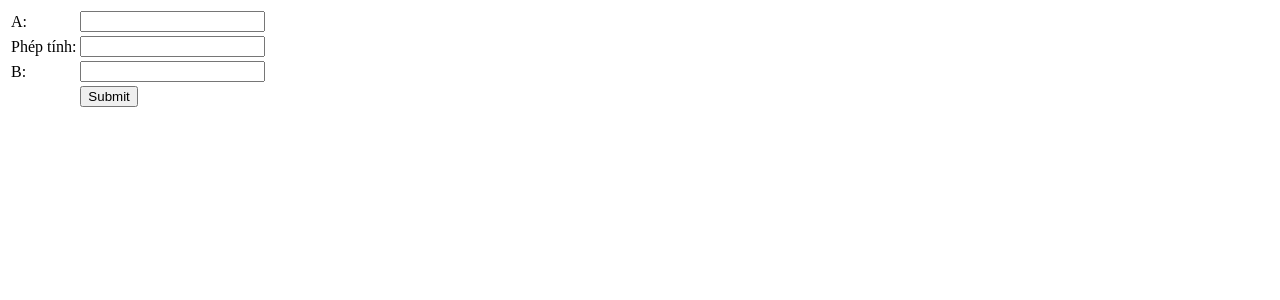
Repository: nguyenhung50497/MD3_tongQuanVeUngDungWeb
Page: BT_xayDungUngDungMayTinh/views/calculator.html
An editor plug-in stored every save of this project. The page is shown before and after a run of saves, followed by the edit.
The browser window is 1280 px wide. The pictures show the whole page.

Above is the page before, as saved 2022-12-14 11:09:14.

### BT_xayDungUngDungMayTinh/views/calculator.html
<!DOCTYPE html>
<html lang="en">
<head>
    <meta charset="UTF-8">
    <meta http-equiv="X-UA-Compatible" content="IE=edge">
    <meta name="viewport" content="width=device-width, initial-scale=1.0">
    <title>Document</title>
</head>
<body>
    <form action="" method="post">
        <table>
            <tr>
                <td>A:</td>
                <td><input type="number" name="a" required></td>
            </tr>
            <tr>
                <td>Phép tính:</td>
                <td><input type="text" name="cal" required></td>
            </tr>
            <tr>
                <td>B:</td>
                <td><input type="number" name="b" required></td>
            </tr>
            <tr>
                <td></td>
                <td><button type="submit">Submit</button></td>
            </tr>
        </table>
        <p></p>
    </form>
</body>
</html>

After the next 4 saves:
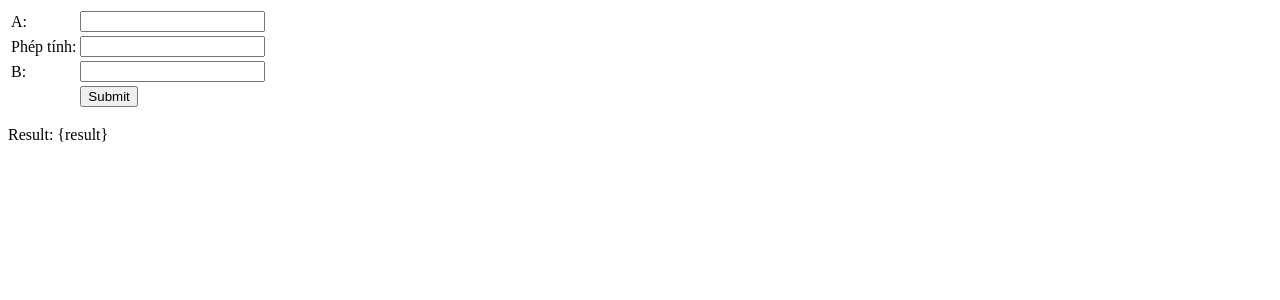
The 4 saves are shown as one change because they came seconds apart.
The last was saved 10 s later.
--- a/BT_xayDungUngDungMayTinh/views/calculator.html
+++ b/BT_xayDungUngDungMayTinh/views/calculator.html
@@ -26,7 +26,7 @@
                 <td><button type="submit">Submit</button></td>
             </tr>
         </table>
-        <p></p>
+        <p>Result: {result}</p>
     </form>
 </body>
 </html>
